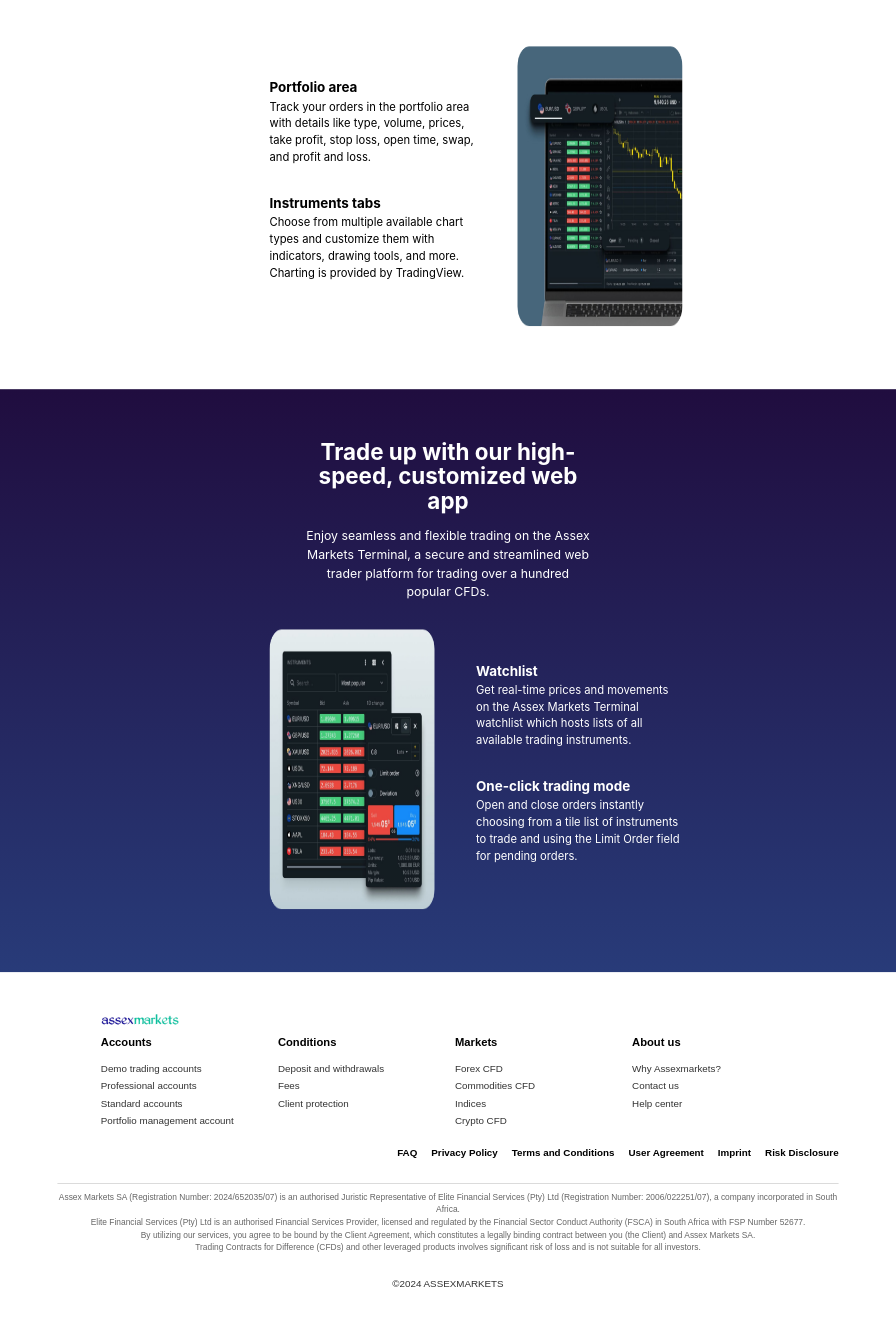
Repository: RevenewMarketing/Assex
Page: /webinar
These files come from the project's save history. The page is drawn as it stood at one moment and after the next save; the edit follows.
The browser window is 1280 px wide. The pictures show the part of the page from y = 1350 to 3270 px (the page is 3270 px tall before and 3131 px after), at 70% of full size.
The project was rebuilt for these pictures with package versions that can differ from the ones it lists, and the page was loaded fresh each time. Also part of the build but not shown: vite.config.ts, src/pages/home/sections/HeroSection.module.css, src/pages/home/sections/HeroSection.tsx, src/pages/home/sections/Section2.tsx, src/pages/home/sections/Section3.tsx, src/pages/home/sections/Section4.tsx, src/pages/home/sections/Section5.tsx, src/pages/home/sections/Section6.tsx and 32 more.

Above is the page before, as saved 2024-11-29 12:28:15.

After the next save:
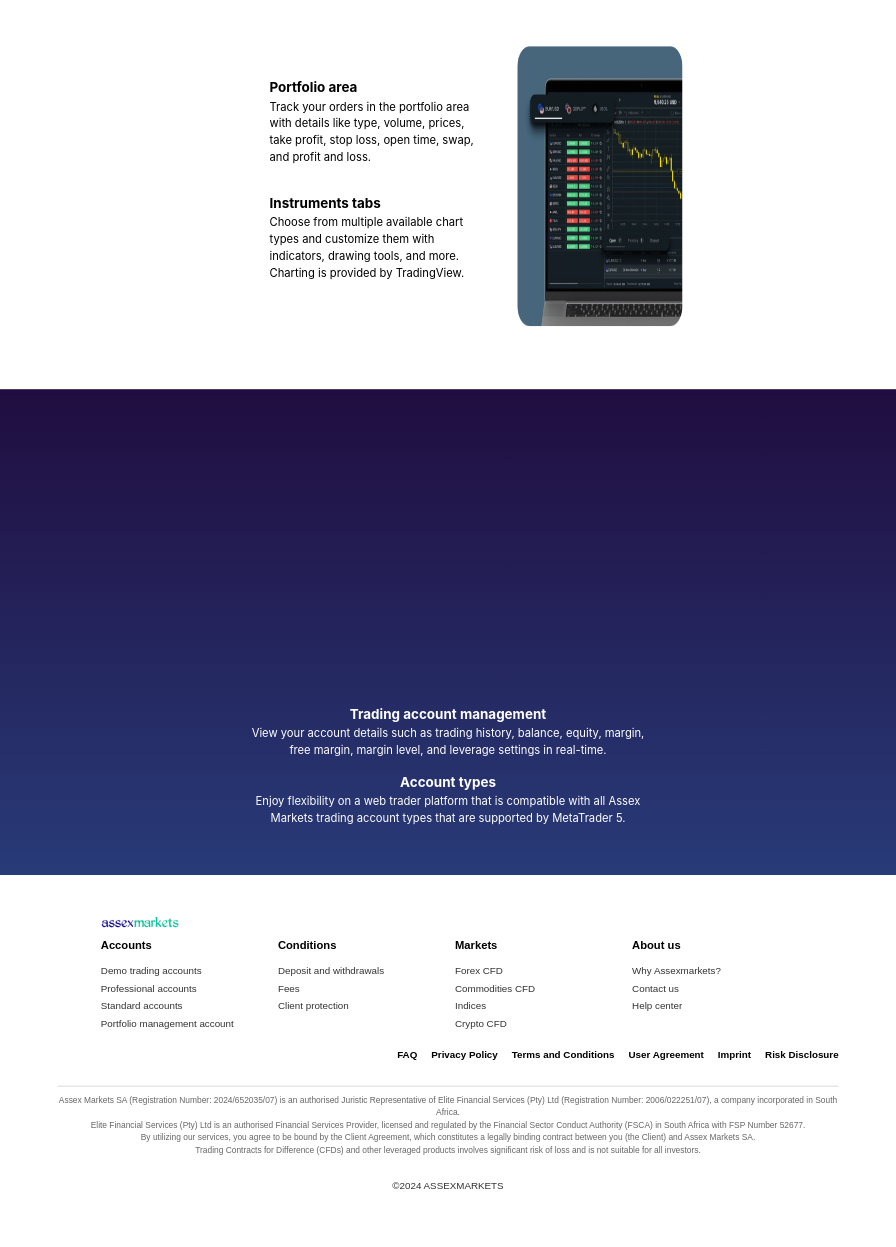
Saved 83 s later.
--- a/src/pages/web-terminal/sections/Section4.tsx
+++ b/src/pages/web-terminal/sections/Section4.tsx
@@ -1,55 +1,33 @@
-
-import styles from './Section2.module.css';
-import webAppImage from '../../../assets/pages/Web-Terminal/2-section1-Image1.png';
+import React from 'react';
+import styles from './Section4.module.css';
 
 const content = {
-  title: "Trade up with our high-speed, customized web app",
-  description:
-    "Enjoy seamless and flexible trading on the Assex Markets Terminal, a secure and streamlined web trader platform for trading over a hundred popular CFDs.",
-  watchlistTitle: "Watchlist",
-  watchlistDescription:
-    "Get real-time prices and movements on the Assex Markets Terminal watchlist which hosts lists of all available trading instruments.",
-  tradingModeTitle: "One-click trading mode",
-  tradingModeDescription:
-    "Open and close orders instantly choosing from a tile list of instruments to trade and using the Limit Order field for pending orders.",
+  managementTitle: "Trading account management",
+  managementDescription:
+    "View your account details such as trading history, balance, equity, margin, free margin, margin level, and leverage settings in real-time.",
+  accountTypesTitle: "Account types",
+  accountTypesDescription:
+    "Enjoy flexibility on a web trader platform that is compatible with all Assex Markets trading account types that are supported by MetaTrader 5.",
 };
 
 const Section4: React.FC = () => {
   return (
     <div className={styles.section}>
+      <div className={styles.imagePlaceholder}></div>
       <div className={styles.textContainer}>
-       <div className={styles.headerContent} >
-          <h1 className={styles.title}>{content.title}</h1>
-          <p className={styles.description}>{content.description}</p>
-       </div>
-
-       <div className={styles.innerContents} >
-          <div className={styles.features}>
-            <div className={styles.feature}>
-              <h2 className={styles.featureTitle}>{content.watchlistTitle}</h2>
-              <p className={styles.featureDescription}>
-                {content.watchlistDescription}
-              </p>
-            </div>
-            <div className={styles.feature}>
-              <h2 className={styles.featureTitle}>
-                {content.tradingModeTitle}
-              </h2>
-              <p className={styles.featureDescription}>
-                {content.tradingModeDescription}
-              </p>
-            </div>
-          </div>
-
-          <img
-          className={styles.imagePlaceholder}
-          src={webAppImage}
-          alt="Web App"
-        />
+        <div className={styles.feature}>
+          <h2 className={styles.featureTitle}>{content.managementTitle}</h2>
+          <p className={styles.featureDescription}>
+            {content.managementDescription}
+          </p>
         </div>
-
-       </div>
-
+        <div className={styles.feature}>
+          <h2 className={styles.featureTitle}>{content.accountTypesTitle}</h2>
+          <p className={styles.featureDescription}>
+            {content.accountTypesDescription}
+          </p>
+        </div>
+      </div>
     </div>
   );
 };
